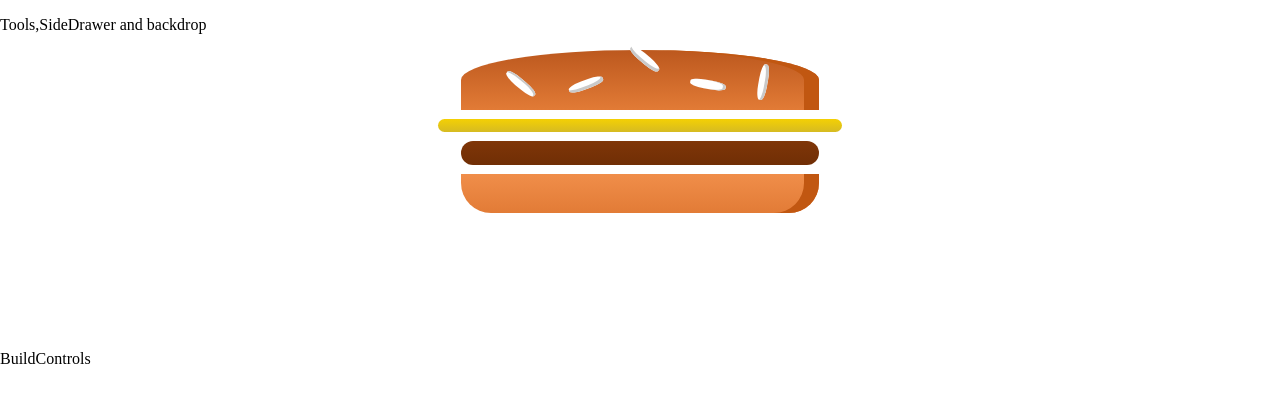
Repository: PiyushRajmsit/React-Burger-Building-App
Page: /
These files come from the project's save history. The page is drawn as it stood at one moment and after the next save; the edit follows.
The browser window is 1280 px wide. The pictures show the whole page.
The project was rebuilt for these pictures with package versions that can differ from the ones it lists, and the page was loaded fresh each time. Also part of the build but not shown: src/App.module.css.

Above is the page before, as saved 2020-06-07 03:13:09.

After the next save:
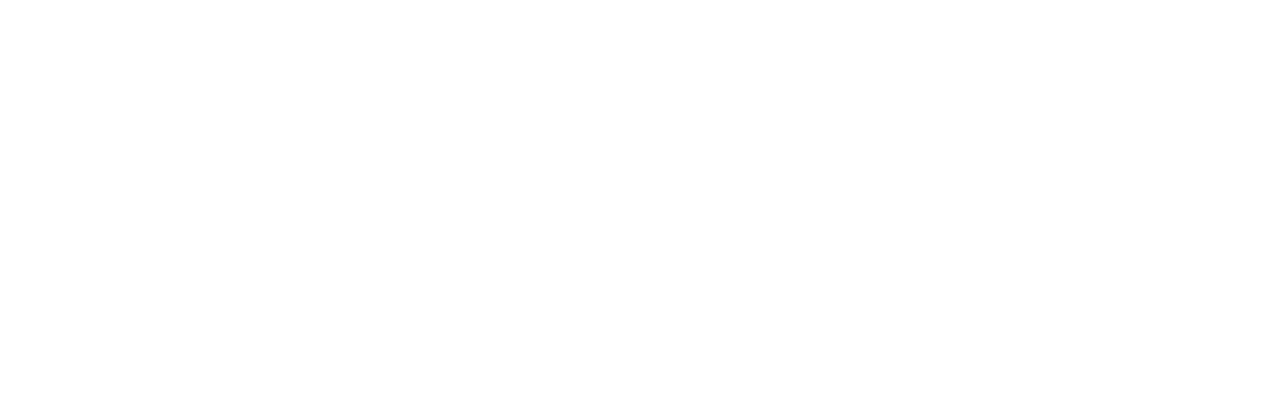
Console error (its wording comes from the project's code and is left out).
Saved 15 min 41 s later.
--- a/src/containers/BurgerBuilder/BurgerBuilder.js
+++ b/src/containers/BurgerBuilder/BurgerBuilder.js
@@ -3,7 +3,9 @@
 import Burger from '../../components/Burger/Burger'
 
 class BurgerBuilder extends Component{
+    constructor(props){
 
+    }
 
     render(){
         return(

After the save that followed:
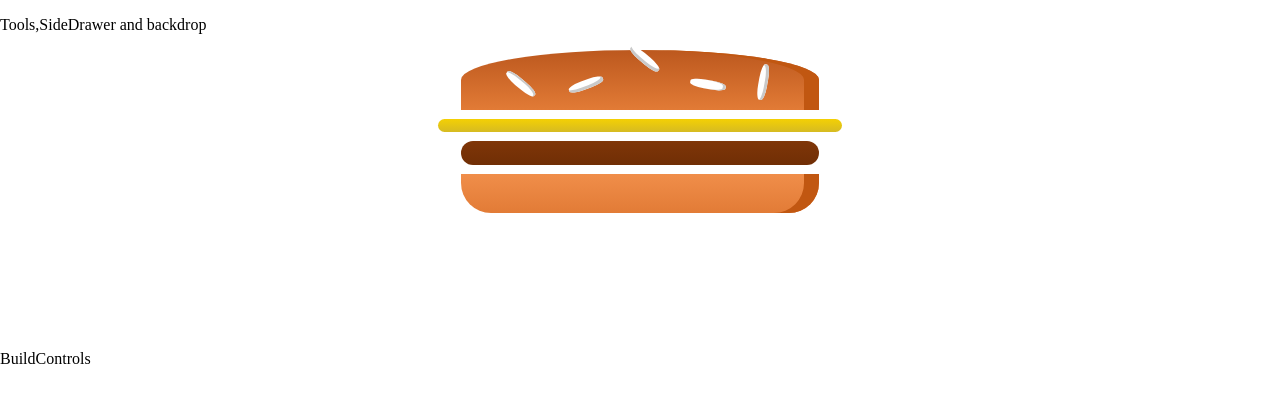
The error is gone.
Saved 14 s later.
--- a/src/containers/BurgerBuilder/BurgerBuilder.js
+++ b/src/containers/BurgerBuilder/BurgerBuilder.js
@@ -3,9 +3,6 @@
 import Burger from '../../components/Burger/Burger'
 
 class BurgerBuilder extends Component{
-    constructor(props){
-
-    }
 
     render(){
         return(
